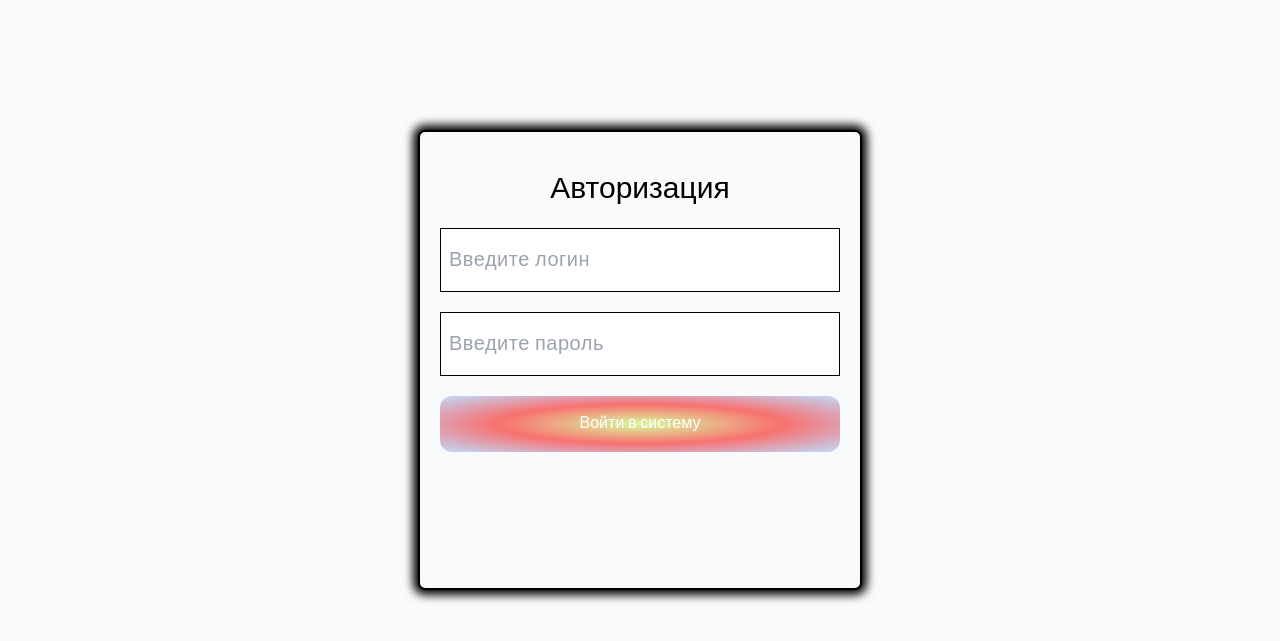
Repository: AlearvickOne/CartridgesApp
Page: /
The author's editor kept a copy of each file at every save. The page is drawn from the files as they stood at one save, then again after the next save.
The browser window is 1280 px wide. The pictures show the whole page.
The page's requests for data from a server got no answer. The project was rebuilt for these pictures with package versions that can differ from the ones it lists, and the page was loaded fresh each time. The framework's server and built-in components were replaced by stand-ins that run in the browser. No one was signed in, and anything a server would have sent is missing. Also part of the build but not shown: next.config.mjs.

Above is the page before, as saved 2024-04-19 15:57:56.

After the next save:
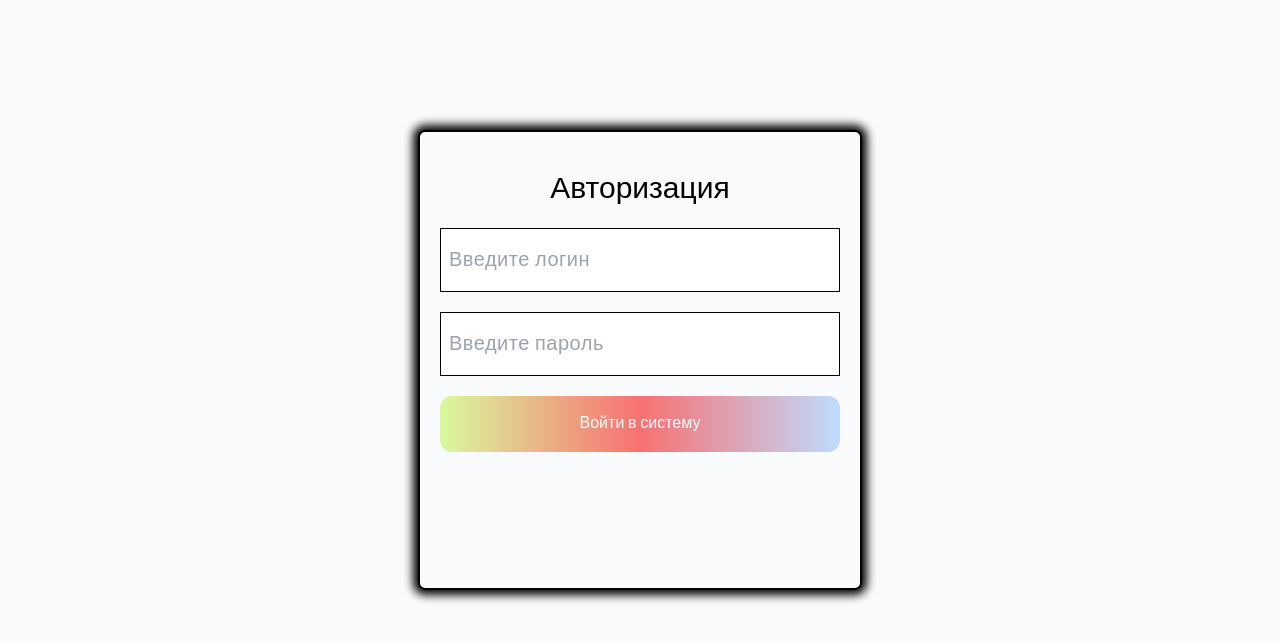
Saved 21 s later.
--- a/src/styles/home/Home.module.scss
+++ b/src/styles/home/Home.module.scss
@@ -16,7 +16,7 @@
       }
 
       > button {
-        @apply p-2 rounded-xl hover:text-violet-200 text-white h-14 bg-gradient-radial from-lime-200 via-red-400 to-blue-200;
+        @apply p-2 rounded-xl hover:text-violet-200 text-white h-14 bg-gradient-to-r from-lime-200 via-red-400 to-blue-200;
       }
     }
   }
